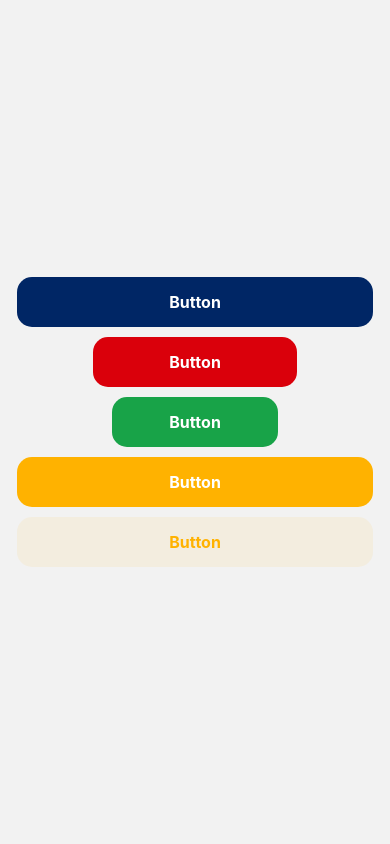
Repository: hungdomanh95/setuptheme
Screen: /
An editor plug-in stored every save of this project. The screen is shown before and after the next save, followed by the edit.
The app was drawn by React Native's web renderer in a window 390 px wide. The project was rebuilt for these pictures with package versions that can differ from the ones it lists, and the page was loaded fresh each time. Also part of the build but not shown: src/components/Fade/index.js, src/components/Slide/index.js.

Above is the screen before, as saved 2022-05-17 11:30:13.

After the next save:
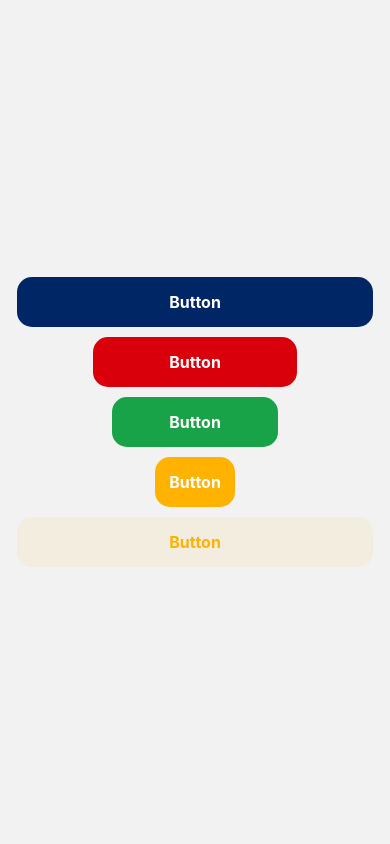
Saved 86 s later.
--- a/src/screens/HomeScreen/index.js
+++ b/src/screens/HomeScreen/index.js
@@ -9,7 +9,7 @@ const HomeScreen = () => {
       <RNButton text="Button" type={'primary'} size={'fullsize'} />
       <RNButton text="Button" type={'danger'} size={'medium'} />
       <RNButton text="Button" type={'success'} size={'small'}/>
-      <RNButton text="Button" type={'warning'} />
+      <RNButton text="Button" type={'warning'} size = {80} />
       <RNButton text="Button" color={COLOR.neural8} colorText={COLOR.neural} />
     </View>
   );
